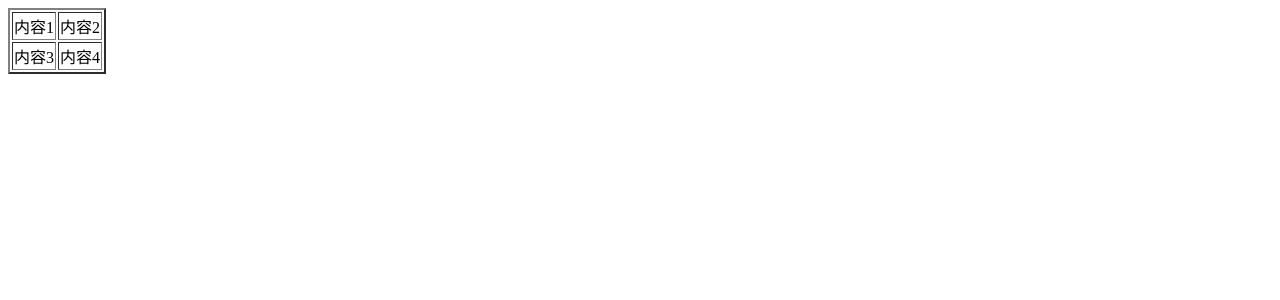
Repository: ljcan/PHP_Scripts
Page: myjavascript_file/myhtml/new_file02.html
The author's editor kept a copy of each file at every save. The page is drawn from the files as they stood at one save, then again after the next save.
The browser window is 1280 px wide. The pictures show the whole page.

Above is the page before, as saved 2017-07-05 15:30:25.

After the next save:
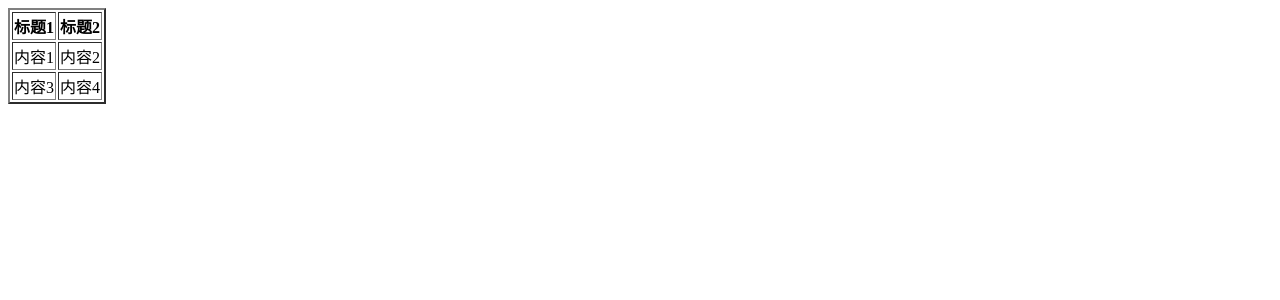
Saved 110 s later.
--- a/myjavascript_file/myhtml/new_file02.html
+++ b/myjavascript_file/myhtml/new_file02.html
@@ -10,6 +10,7 @@
     </head>
     <body>
         <table border="2">
+            <tr><th>标题1</th><th>标题2</th></tr>
             <tr><td>内容1</td><td>内容2</td></tr>
             <tr><td>内容3</td><td>内容4</td></tr>
         </table>
